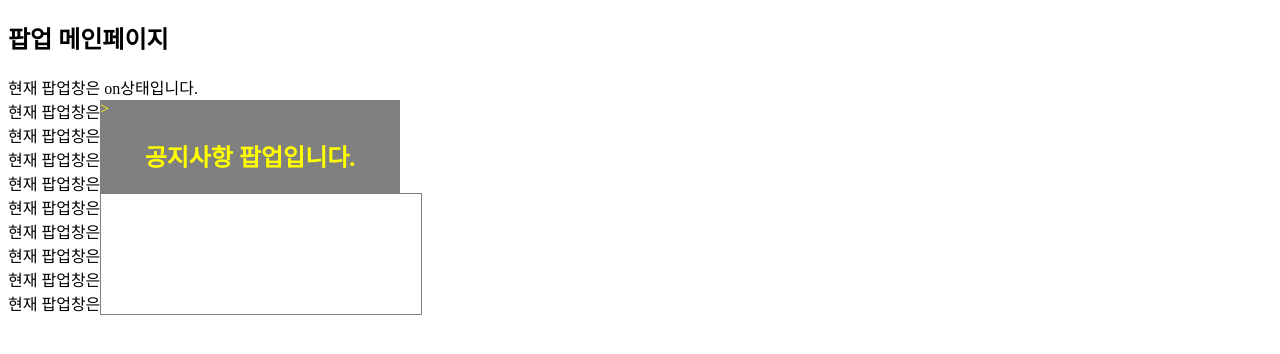
Repository: bhj305/JSP_Servlet
Page: http://localhost/MustHaveJSP/04Cookie/PopupMain_0.1.jsp
These files come from the project's save history. The page is drawn as it stood at one moment and after the next save; the edit follows.
The browser window is 1280 px wide. The pictures show the whole page.
The page is served by Tomcat 10.

Above is the page before, as saved 2025-05-07 05:49:47.

After the next save:
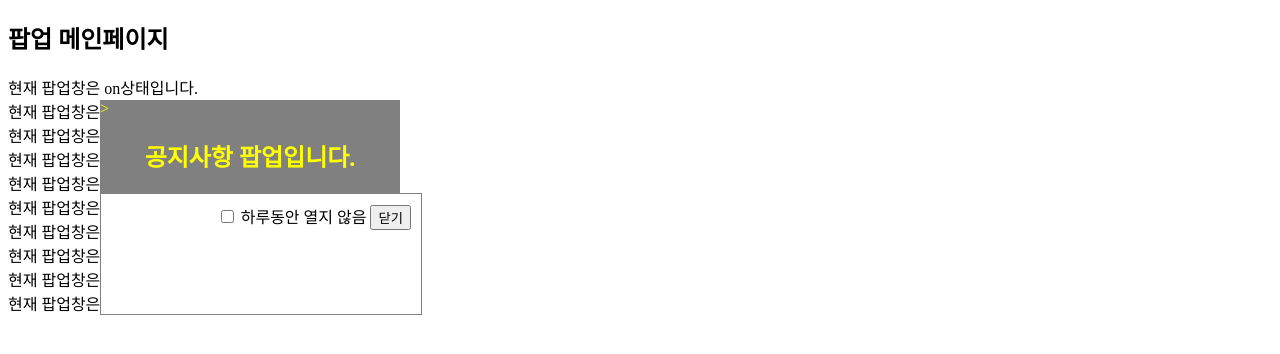
Saved 73 s later.
--- a/MustHaveJSP/src/main/webapp/04Cookie/PopupMain_0.1.jsp
+++ b/MustHaveJSP/src/main/webapp/04Cookie/PopupMain_0.1.jsp
@@ -41,7 +41,12 @@
 	%>
 		<div id="popup">>
 			<h2 align="center">공지사항 팝업입니다.</h2>
-			<div align="right"><form name="popFrm"></form>
+			<div align="right"><form name="popFrm">
+				<input type="checkbox" id="inactiveToday" value ="1" />
+				하루동안 열지 않음
+				<input type="button" value="닫기" id="closeBtn" />
+
+			</form>
 
 			</div>
 
